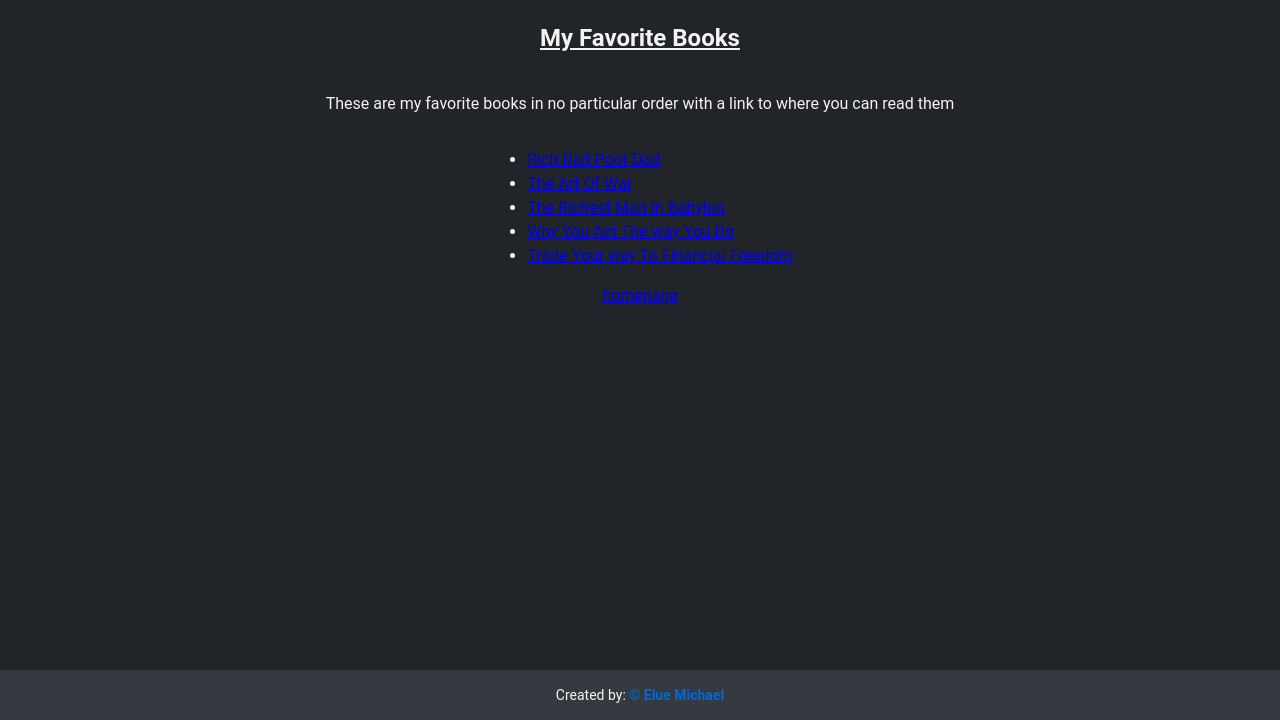
Repository: MikkyPrestige/html-website
Page: pages/books.html
These files come from the project's save history. The page is drawn as it stood at one moment and after the next save; the edit follows.
The browser window is 1280 px wide. The pictures show the whole page.

Above is the page before, as saved 2023-04-29 02:26:45.

After the next save:
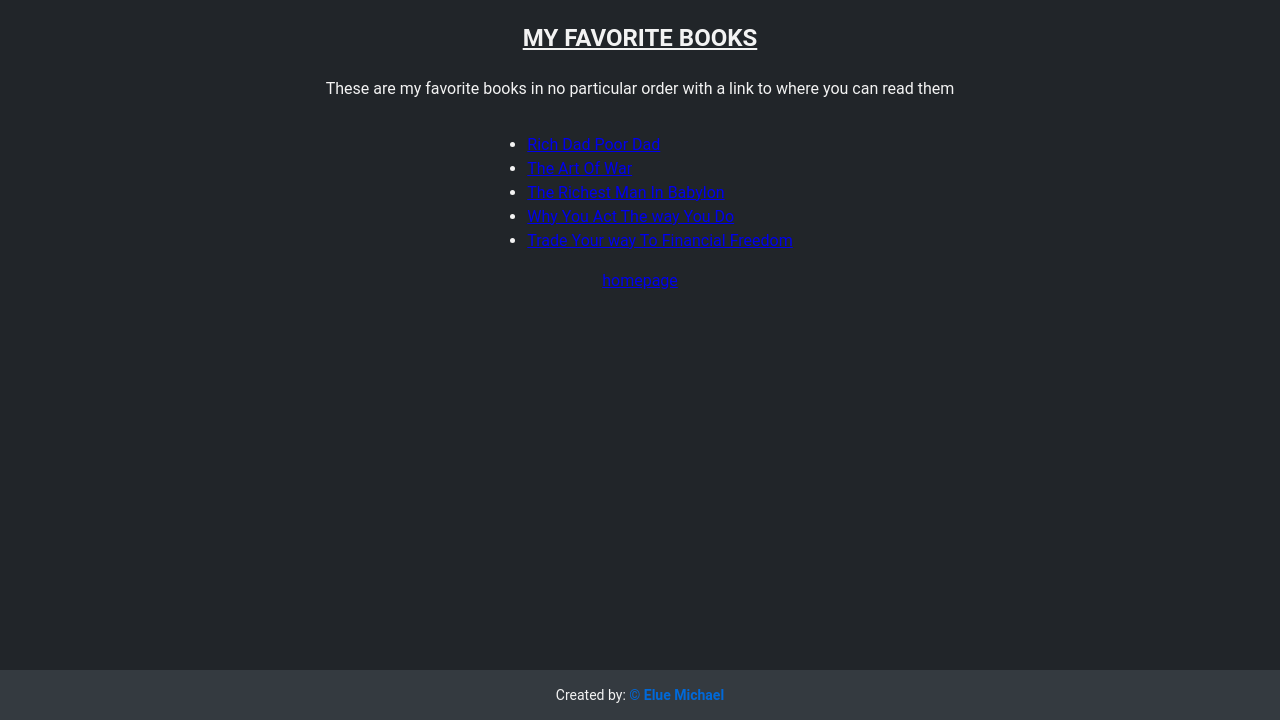
Saved 9 s later.
--- a/index.css
+++ b/index.css
@@ -96,7 +96,7 @@
   align-items: center;
 }
 
-.books-header {
+.books-heading {
   font-size: 24px;
   font-weight: 700;
   margin-bottom: 5px;
